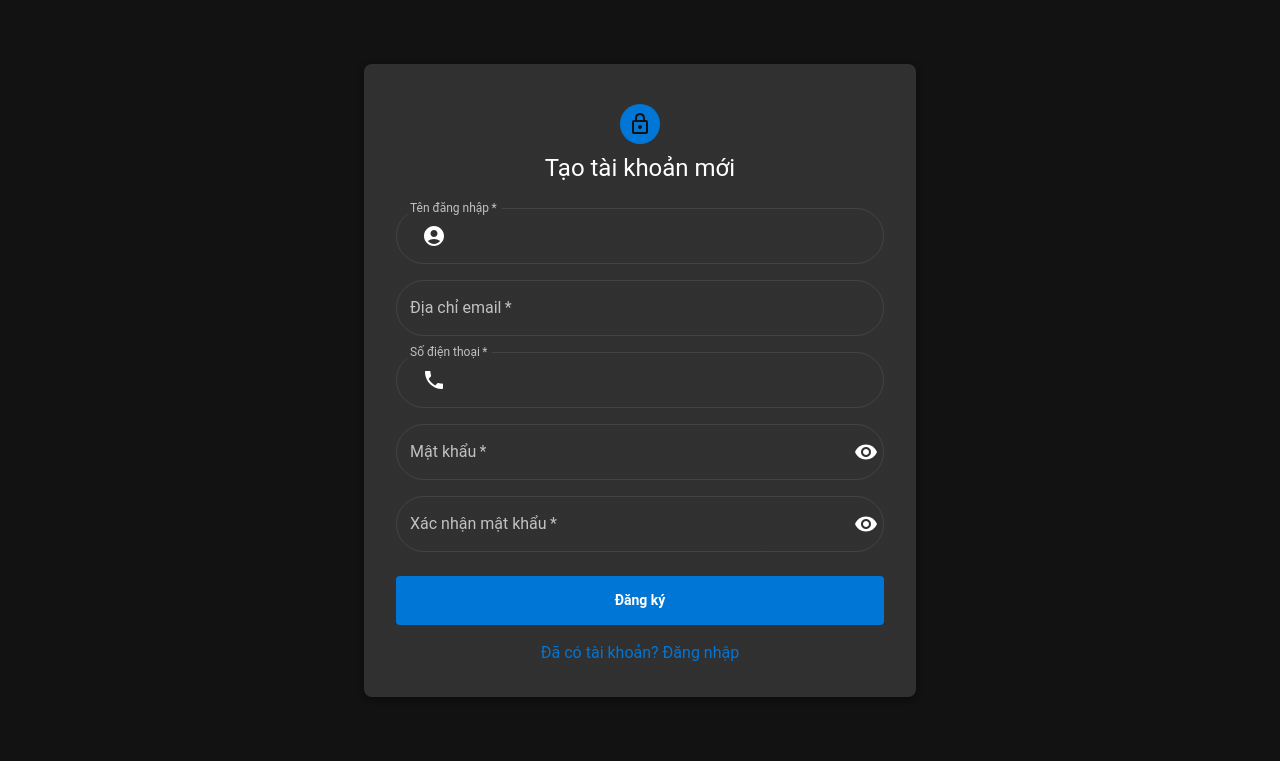
Repository: thtrunghau/ecommerce-ui-dacntt
Page: /auth/register
An editor plug-in stored every save of this project. The page is shown before and after the next save, followed by the edit.
The browser window is 1280 px wide. The pictures show the whole page.
The project was rebuilt for these pictures with package versions that can differ from the ones it lists, and the page was loaded fresh each time. Also part of the build but not shown: vite.config.ts, src/mockData/mockData.ts, src/utils/helpers.ts, src/components/shared/NavDropdown.tsx, src/components/shared/UserMenu.tsx, src/components/shared/Header.tsx, src/components/common/RoundedButton.tsx, src/components/features/home/HeroSection.tsx and 7 more.

Above is the page before, as saved 2025-06-13 00:19:54.

### src/index.css
@tailwind base;
@tailwind components;
@tailwind utilities;

/* Custom line clamp utilities */
.line-clamp-2 {
  display: -webkit-box;
  -webkit-line-clamp: 2;
  -webkit-box-orient: vertical;
  overflow: hidden;
}

/* Animation utilities */
@keyframes fade-in-up {
  from {
    opacity: 0;
    transform: translateY(20px);
  }
  to {
    opacity: 1;
    transform: translateY(0);
  }
}

.animate-fade-in-up {
  animation: fade-in-up 0.6s ease-out;
}

### src/App.tsx
import { BrowserRouter as Router, Routes, Route } from "react-router-dom";
import Header from "./components/shared/Header";
import Home from "./pages/Home";
import Footer from "./components/shared/Footer";
import { AuthProvider } from "./contexts/AuthContext";
import Register from "./pages/auth/Register";
import Login from "./pages/auth/Login";
import RegisterStandalone from "./pages/auth/RegisterStandalone";
import LoginStandalone from "./pages/auth/LoginStandalone";

export default function App() {
  return (
    <AuthProvider>
      <Router>
        {" "}
        <Routes>
          {" "}
          {/* Auth routes */}
          <Route path="/auth">
            <Route path="register" element={<RegisterStandalone />} />
            <Route path="login" element={<LoginStandalone />} />
          </Route>
          {/* Main layout routes with header/footer */}
          <Route
            path="/*"
            element={
              <div className="flex min-h-screen flex-col">
                <Header />
                <main className="flex-grow pt-24 lg:pt-28">
                  <Routes>
                    <Route path="/" element={<Home />} />
                    <Route path="/register" element={<Register />} />
                    <Route path="/login" element={<Login />} />
                    {/* Add other routes here as needed */}
                  </Routes>
                </main>
                <Footer />
              </div>
            }
          />
        </Routes>
      </Router>
    </AuthProvider>
  );
}

### src/contexts/AuthContext.tsx
import {
  createContext,
  useContext,
  useState,
  type ReactNode,
  useMemo,
} from "react";

interface User {
  id: string;
  username: string;
  email: string;
  phone?: string; // Thêm trường số điện thoại
  name?: string;
  avatar?: string;
}

interface AuthContextType {
  isAuthenticated: boolean;
  user: User | null;
  login: (user: User) => void;
  logout: () => void;
  register: (user: User) => void;
}

const AuthContext = createContext<AuthContextType | undefined>(undefined);

export const AuthProvider = ({ children }: { children: ReactNode }) => {
  const [user, setUser] = useState<User | null>(null);

  // Kiểm tra trạng thái xác thực từ localStorage khi khởi động
  const isAuthenticated = Boolean(user);

  const login = (userData: User) => {
    setUser(userData);
    localStorage.setItem("user", JSON.stringify(userData));
  };

  const logout = () => {
    setUser(null);
    localStorage.removeItem("user");
  };

  const register = (userData: User) => {
    // Trong thực tế, đây là nơi bạn sẽ gọi API đăng ký
    setUser(userData);
    localStorage.setItem("user", JSON.stringify(userData));
  };

  const value = useMemo(
    () => ({
      isAuthenticated,
      user,
      login,
      logout,
      register,
    }),
    [isAuthenticated, user],
  );

  return <AuthContext.Provider value={value}>{children}</AuthContext.Provider>;
};

export const useAuth = () => {
  const context = useContext(AuthContext);
  if (context === undefined) {
    throw new Error("useAuth must be used within an AuthProvider");
  }
  return context;
};

### src/pages/auth/RegisterStandalone.tsx
import React, { useState } from "react";
import { Link, useNavigate } from "react-router-dom";
import {
  Container,
  Box,
  Typography,
  TextField,
  Button,
  Paper,
  Avatar,
  IconButton,
  InputAdornment,
  ThemeProvider,
  createTheme,
  CssBaseline,
  Alert,
} from "@mui/material";
import {
  Visibility,
  VisibilityOff,
  AccountCircle,
  LockOutlined,
  Phone as PhoneIcon,
} from "@mui/icons-material";
import useAuthStore from "../../store/authStore";

const darkTheme = createTheme({
  palette: {
    mode: "dark",
    primary: { main: "#0076d7" },
    secondary: { main: "#30336b" },
    background: { default: "#121212", paper: "#1e1e1e" },
  },
  typography: {
    fontFamily: '"Samsung One", "Roboto", "Helvetica", "Arial", sans-serif',
  },  components: {
    MuiTextField: {
      styleOverrides: {
        root: {
          "& .MuiOutlinedInput-root": {
            "& fieldset": { borderRadius: "9999px", borderColor: "#444" },
            "&:hover fieldset": { borderColor: "#666" },
            "&.Mui-focused fieldset": { borderColor: "#0076d7" },
          },
          "& .MuiInputBase-input": {
            padding: "16.5px 14px",
          },
          "& .MuiInputAdornment-root": {
            marginLeft: "12px",
            marginRight: "-4px",
          },
        },
      },
    },
    MuiButton: {
      styleOverrides: {
        root: {
          borderRadius: "4px",
          textTransform: "none",
          fontWeight: 600,
          boxShadow: "none",
          padding: "12px 24px",
          "&:hover": { boxShadow: "none" },
        },
        contained: {
          backgroundColor: "#0076d7",
          "&:hover": { backgroundColor: "#0067be" },
        },
      },
    },
  },
});

interface FormData {
  username: string;
  email: string;
  phone: string;
  dateOfBirth: string;
  password: string;
  confirmPassword: string;
}

const initialFormData: FormData = {
  username: "",
  email: "",
  phone: "",
  dateOfBirth: "",
  password: "",
  confirmPassword: "",
};

const RegisterStandalone: React.FC = () => {
  const navigate = useNavigate();
  const { register } = useAuthStore();
  const [formData, setFormData] = useState<FormData>(initialFormData);
  const [showPassword, setShowPassword] = useState<boolean>(false);
  const [showConfirmPassword, setShowConfirmPassword] =
    useState<boolean>(false);
  const [errors, setErrors] = useState<Partial<FormData>>({});
  const [formError, setFormError] = useState<string | null>(null);

  const handleChange = (e: React.ChangeEvent<HTMLInputElement>) => {
    const { name, value } = e.target;
    setFormData((prev) => ({ ...prev, [name]: value }));
    if (errors[name as keyof FormData]) {
      setErrors((prev) => ({ ...prev, [name]: undefined }));
    }
    if (formError) setFormError(null);
  };

  const validateForm = (): boolean => {
    const newErrors: Partial<FormData> = {};
    let isValid = true;
    if (!formData.username.trim()) {
      newErrors.username = "Tên đăng nhập là bắt buộc";
      isValid = false;    } else if (formData.username.length < 3) {
      newErrors.username = "Tên đăng nhập phải có ít nhất 3 ký tự";
      isValid = false;
    }
    if (!formData.dateOfBirth) {
      newErrors.dateOfBirth = "Ngày sinh là bắt buộc";
      isValid = false;
    } else {
      const birthDate = new Date(formData.dateOfBirth);
      const today = new Date();
      if (birthDate >= today) {
        newErrors.dateOfBirth = "Ngày sinh không hợp lệ";
        isValid = false;
      }
    }
    if (!formData.email.trim()) {
      newErrors.email = "Email là bắt buộc";
      isValid = false;
    } else {
      const emailRegex = /^[^\s@]+@[^\s@]+\.[^\s@]+$/;
      if (!emailRegex.test(formData.email)) {
        newErrors.email = "Email không hợp lệ";
        isValid = false;
      }
    }
    if (!formData.phone.trim()) {
      newErrors.phone = "Số điện thoại là bắt buộc";
      isValid = false;
    } else {
      const phoneRegex = /^0\d{9}$/;
      if (!phoneRegex.test(formData.phone)) {
        newErrors.phone =
          "Số điện thoại không hợp lệ (phải có 10 số và bắt đầu bằng 0)";
        isValid = false;
      }
    }
    if (!formData.password) {
      newErrors.password = "Mật khẩu là bắt buộc";
      isValid = false;
    } else if (formData.password.length < 6) {
      newErrors.password = "Mật khẩu phải có ít nhất 6 ký tự";
      isValid = false;
    }
    if (formData.password !== formData.confirmPassword) {
      newErrors.confirmPassword = "Mật khẩu xác nhận không khớp";
      isValid = false;
    }
    setErrors(newErrors);
    return isValid;
  };

  const handleSubmit = (e: React.FormEvent<HTMLFormElement>) => {
    e.preventDefault();
    if (validateForm()) {
      try {
        const newUser = {
          id: crypto.randomUUID(),
          username: formData.username,
          email: formData.email,
          phone: formData.phone,
        };
        register(newUser);
        navigate("/");
      } catch (error) {
        setFormError("Đã xảy ra lỗi khi đăng ký. Vui lòng thử lại.");
        console.error("Registration error:", error);
      }
    }
  };

  return (
    <ThemeProvider theme={darkTheme}>
      <CssBaseline />
      <Container component="main" maxWidth="sm" sx={{ mb: 8, mt: 8 }}>
        <Paper
          elevation={3}
          sx={{
            p: 4,
            display: "flex",
            flexDirection: "column",
            alignItems: "center",
            bgcolor: "background.paper",
            borderRadius: 2,
          }}
        >
          <Avatar sx={{ m: 1, bgcolor: "primary.main" }}>
            <LockOutlined />
          </Avatar>
          <Typography component="h1" variant="h5" sx={{ mb: 3 }}>
            Tạo tài khoản mới
          </Typography>
          {formError && (
            <Alert severity="error" sx={{ width: "100%", mb: 2 }}>
              {formError}
            </Alert>
          )}
          <Box component="form" onSubmit={handleSubmit} sx={{ width: "100%" }}>
            <div className="flex flex-col gap-4">
              <TextField
                name="username"
                required
                fullWidth
                id="username"
                label="Tên đăng nhập"
                value={formData.username}
                onChange={handleChange}
                error={Boolean(errors.username)}
                helperText={errors.username}
                InputProps={{
                  startAdornment: (
                    <InputAdornment position="start">
                      <AccountCircle sx={{ color: "action.active" }} />
                    </InputAdornment>
                  ),
                }}
              />
              <TextField
                required
                fullWidth
                id="email"
                label="Địa chỉ email"
                name="email"
                autoComplete="email"
                value={formData.email}
                onChange={handleChange}
                error={Boolean(errors.email)}
                helperText={errors.email}
              />
              <TextField
                required
                fullWidth
                id="phone"
                label="Số điện thoại"
                name="phone"
                autoComplete="tel"
                value={formData.phone}
                onChange={handleChange}
                error={Boolean(errors.phone)}
                helperText={errors.phone}
                InputProps={{
                  startAdornment: (
                    <InputAdornment position="start">
                      <PhoneIcon sx={{ color: "action.active" }} />
                    </InputAdornment>
                  ),
                }}
              />
              <TextField
                required
                fullWidth
                name="password"
                label="Mật khẩu"
                type={showPassword ? "text" : "password"}
                id="password"
                autoComplete="new-password"
                value={formData.password}
                onChange={handleChange}
                error={Boolean(errors.password)}
                helperText={errors.password}
                InputProps={{
                  endAdornment: (
                    <InputAdornment position="end">
                      <IconButton
                        aria-label="toggle password visibility"
                        onClick={() => setShowPassword(!showPassword)}
                        edge="end"
                      >
                        {showPassword ? <VisibilityOff /> : <Visibility />}
                      </IconButton>
                    </InputAdornment>
                  ),
                }}
              />
              <TextField
                required
                fullWidth
                name="confirmPassword"
                label="Xác nhận mật khẩu"
                type={showConfirmPassword ? "text" : "password"}
                id="confirmPassword"
                value={formData.confirmPassword}
                onChange={handleChange}
                error={Boolean(errors.confirmPassword)}
                helperText={errors.confirmPassword}
                InputProps={{
                  endAdornment: (
                    <InputAdornment position="end">
                      <IconButton
                        aria-label="toggle confirm password visibility"
                        onClick={() =>
                          setShowConfirmPassword(!showConfirmPassword)
                        }
                        edge="end"
                      >
                        {showConfirmPassword ? (
                          <VisibilityOff />
                        ) : (
                          <Visibility />
                        )}
                      </IconButton>
                    </InputAdornment>
                  ),
                }}
              />
            </div>
            <Button
              type="submit"
              fullWidth
              variant="contained"
              sx={{ mt: 3, mb: 2 }}
            >
              Đăng ký
            </Button>
            <div className="flex justify-center">
              <Link
                to="/login"
                style={{ color: darkTheme.palette.primary.main }}
              >
                Đã có tài khoản? Đăng nhập
              </Link>
            </div>
          </Box>
        </Paper>
      </Container>
    </ThemeProvider>
  );
};

export default RegisterStandalone;

### src/store/authStore.ts
import { create } from "zustand";

interface User {
  id: string;
  username: string;
  email: string;
  phone?: string; // Thêm trường số điện thoại
  name?: string;
  avatar?: string;
}

interface AuthState {
  isAuthenticated: boolean;
  user: User | null;
  login: (user: User) => void;
  logout: () => void;
  register: (user: User) => void;
}

// Tạo Auth Store với Zustand
const useAuthStore = create<AuthState>((set) => {
  // Kiểm tra user từ localStorage
  const savedUser = localStorage.getItem("user");
  const parsedUser = savedUser ? JSON.parse(savedUser) : null;

  return {
    isAuthenticated: Boolean(parsedUser),
    user: parsedUser,

    login: (user) => {
      localStorage.setItem("user", JSON.stringify(user));
      set({ isAuthenticated: true, user });
    },

    logout: () => {
      localStorage.removeItem("user");
      set({ isAuthenticated: false, user: null });
    },

    register: (user) => {
      localStorage.setItem("user", JSON.stringify(user));
      set({ isAuthenticated: true, user });
    },
  };
});

export default useAuthStore;

### tailwind.config.js
/** @type {import('tailwindcss').Config} */
export default {
  content: ["./index.html", "./src/**/*.{js,ts,jsx,tsx}"],
  theme: {
    extend: {},
  },
  plugins: [],
  corePlugins: {
    lineClamp: true,
  },
};

Loaded but not shown: index.html (common file); src/main.tsx (common file)

After the next save:
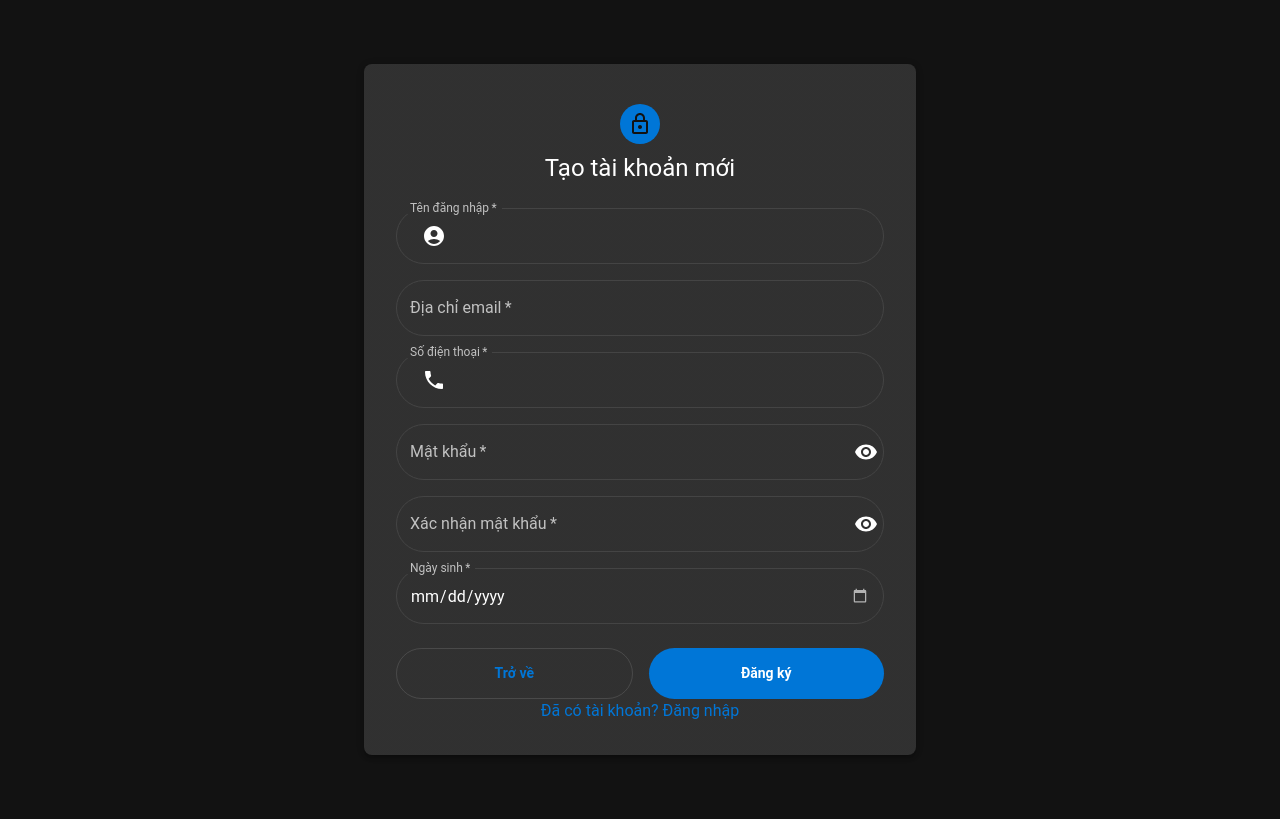
Saved 25 s later.
--- a/src/pages/auth/RegisterStandalone.tsx
+++ b/src/pages/auth/RegisterStandalone.tsx
@@ -285,8 +285,7 @@ const RegisterStandalone: React.FC = () => {
                     </InputAdornment>
                   ),
                 }}
-              />
-              <TextField
+              />              <TextField
                 required
                 fullWidth
                 name="confirmPassword"
@@ -317,15 +316,59 @@ const RegisterStandalone: React.FC = () => {
                   ),
                 }}
               />
+              <TextField
+                required
+                fullWidth
+                id="dateOfBirth"
+                label="Ngày sinh"
+                name="dateOfBirth"
+                type="date"
+                value={formData.dateOfBirth}
+                onChange={handleChange}
+                error={Boolean(errors.dateOfBirth)}
+                helperText={errors.dateOfBirth}
+                InputLabelProps={{
+                  shrink: true,
+                }}
+                sx={{
+                  "& input[type=date]::-webkit-calendar-picker-indicator": {
+                    filter: "invert(0.7)",
+                  },
+                }}
+              />
             </div>
-            <Button
-              type="submit"
-              fullWidth
-              variant="contained"
-              sx={{ mt: 3, mb: 2 }}
-            >
-              Đăng ký
-            </Button>
+            <div className="flex gap-4 mt-6">
+              <Button
+                onClick={() => navigate(-1)}
+                fullWidth
+                variant="outlined"
+                sx={{
+                  borderRadius: "9999px",
+                  py: 1.5,
+                  borderColor: "rgba(255, 255, 255, 0.12)",
+                  "&:hover": {
+                    borderColor: "rgba(255, 255, 255, 0.24)",
+                  },
+                }}
+              >
+                Trở về
+              </Button>
+              <Button
+                type="submit"
+                fullWidth
+                variant="contained"
+                sx={{
+                  borderRadius: "9999px",
+                  py: 1.5,
+                  bgcolor: "#0076d7",
+                  "&:hover": {
+                    bgcolor: "#0067be",
+                  },
+                }}
+              >
+                Đăng ký
+              </Button>
+            </div>
             <div className="flex justify-center">
               <Link
                 to="/login"
